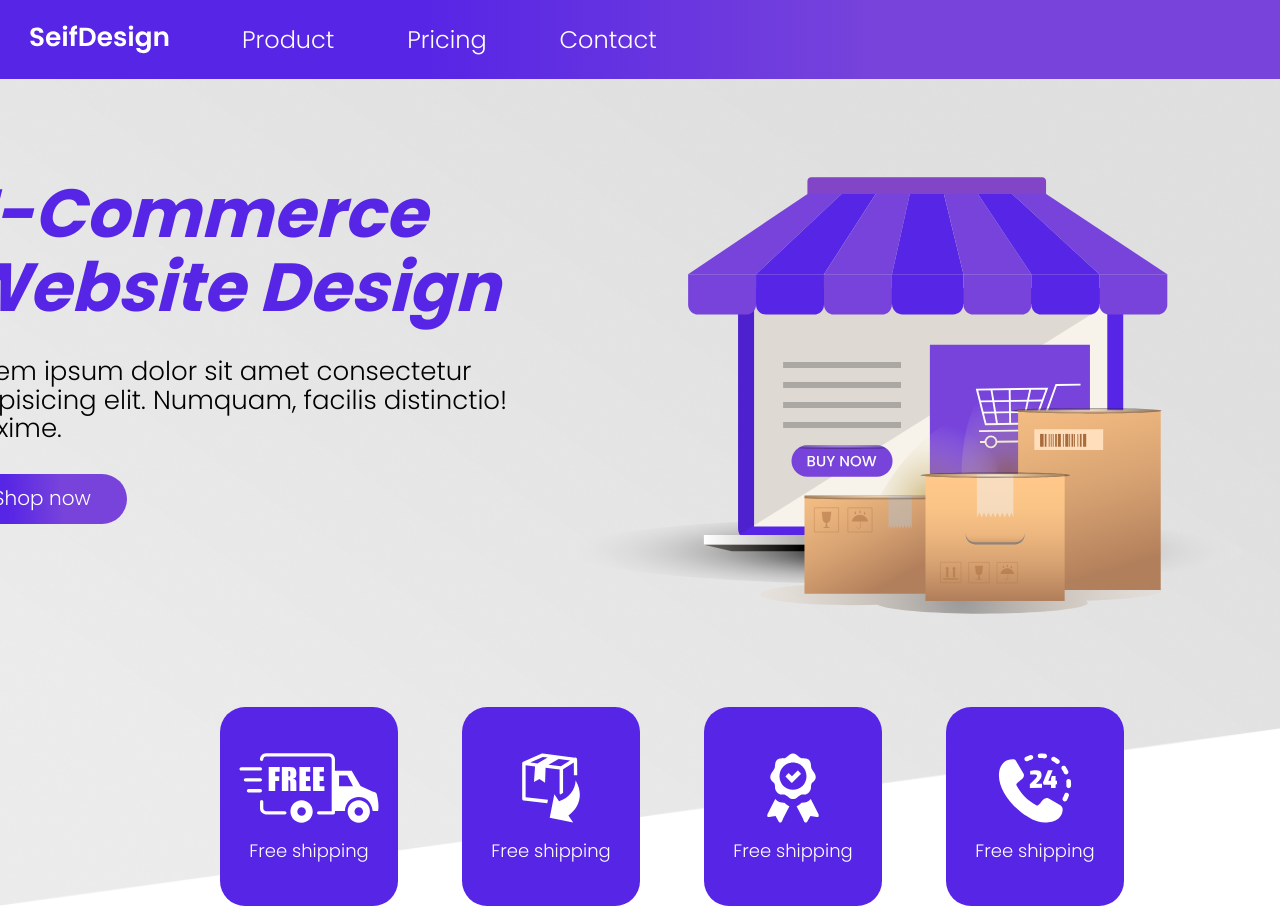
Repository: simralgasimov/newpage
Page: index.html
The author's editor kept a copy of each file at every save. The page is drawn from the files as they stood at one save, then again after the next save.
The browser window is 1280 px wide. The pictures show the whole page.
The style sheet was rebuilt from its Sass, Less or Tailwind sources for each picture, by a compiler version that may differ from the author's.

Above is the page before, as saved 2023-12-13 15:07:42.
Not found: index.js

After the next save:
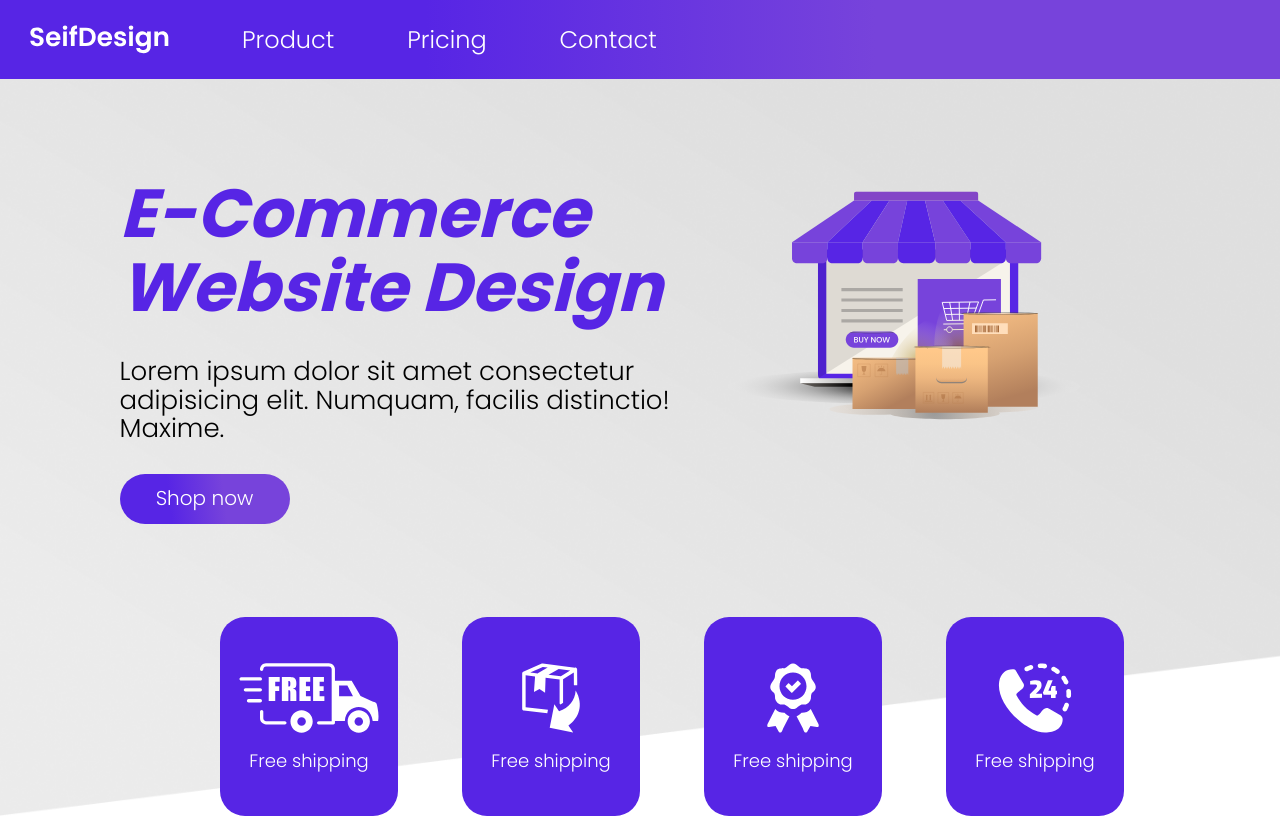
Saved 32 s later.
--- a/index.scss
+++ b/index.scss
@@ -115,6 +115,10 @@ padding-top: 100px;      }
     .house-img {
       width: 677.61px;
       height: 437.417px;
+
+
+      width: 352px;
+height: 256.511px;
     }
   }
 
